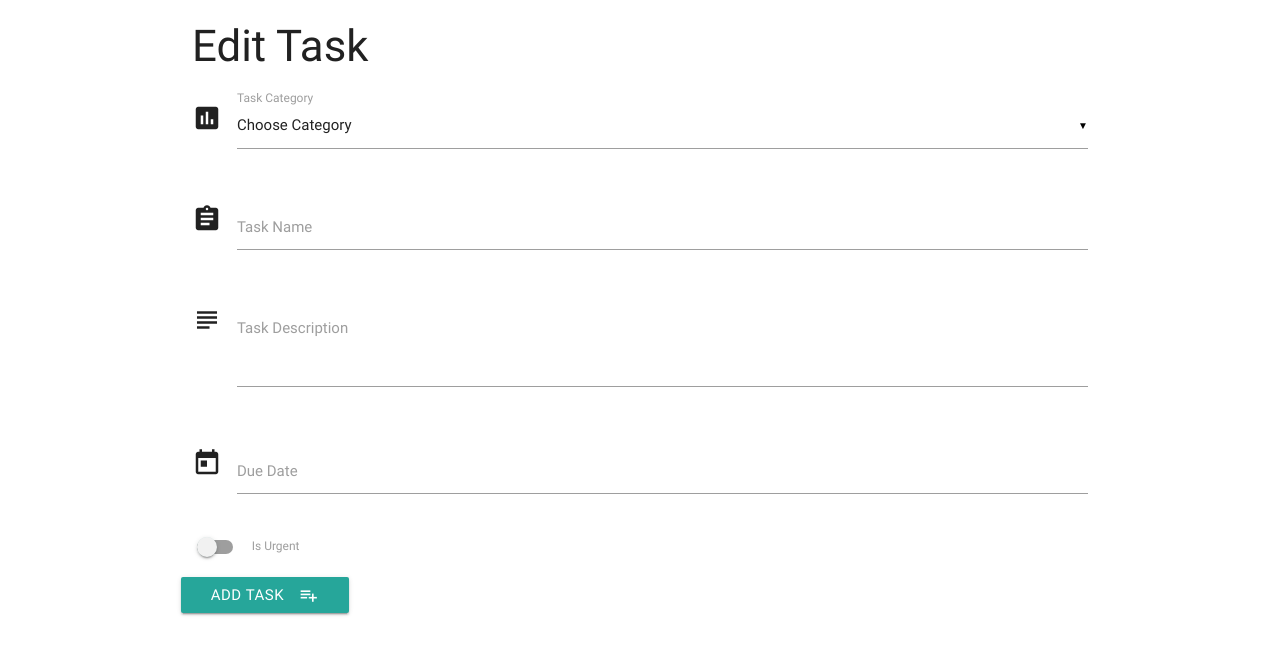
Repository: Neilfoster/task_manger
Page: templates/edittask.html
The author's editor kept a record of every edit. The page is drawn from the files as they stood at one moment, then again after the next edit.
The browser window is 1280 px wide. The pictures show the whole page.
The template is drawn by Flask 3. The application's start-up code is not run. The template is opened directly, without the code that normally fills it, so the values that code supplies are empty.

Above is the page before.

After the next edit:
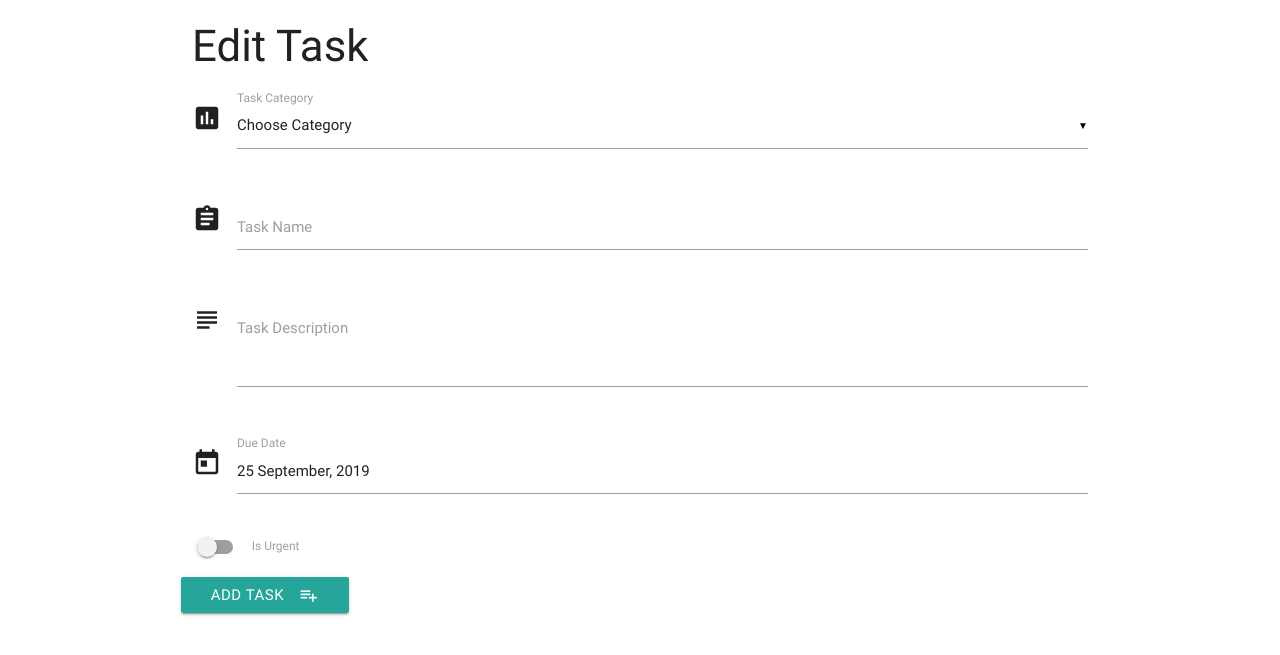
The edit:
--- a/templates/edittask.html
+++ b/templates/edittask.html
@@ -66,8 +66,7 @@
     $(document).ready(function(){
 
         due_date = Date.parse('{{task.due_date}}');
-
-
+        $('#due_date').pickadate('picker').set('select', due_date, {format: 'dd/mm/yyy'}).trigger('change')
     });
 </script>
 {% endblock %}
